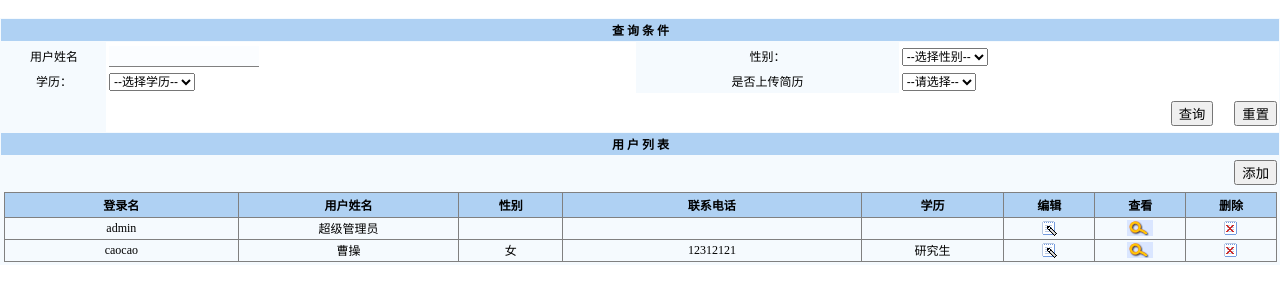
Repository: hermione-20/MyGitProjectRemote
Page: http://localhost/day28_01struts2final/user/list.jsp?userID=15
An editor plug-in stored every save of this project. The page is shown before and after the next save, followed by the edit.
The browser window is 1280 px wide. The pictures show the whole page.
The page is served by Tomcat 9. Other server files are loaded and not shown.

Above is the page before, as saved 2020-05-14 00:46:03.

### day28_01struts2final/WebContent/user/list.jsp
<%@ page language="java" pageEncoding="UTF-8"%>
<%@ taglib uri="/struts-tags" prefix="s" %>
<HTML>
	<HEAD>
		<meta http-equiv="Content-Language" content="zh-cn">
		<meta http-equiv="Content-Type" content="text/html; charset=UTF-8">
		<link href="${pageContext.request.contextPath}/css/Style.css" rel="stylesheet" type="text/css" />
		<script language="javascript" src="${pageContext.request.contextPath}/js/public.js"></script>
		<script type="text/javascript">
			function addUser(){
				window.location.href = "${pageContext.request.contextPath}/user/add.jsp";
			}
		</script>
	</HEAD>
	<body>
		<br>
		<form id="Form1" name="Form1" action="${pageContext.request.contextPath}/user/list.jsp" method="post">
			<table cellSpacing="1" cellPadding="0" width="100%" align="center" bgColor="#f5fafe" border="0">
				<TBODY>
					<tr>
						<td class="ta_01" align="center" bgColor="#afd1f3">
							<strong>查 询 条 件</strong>
						</td>
					</tr>
					<tr>
						<td>
							<table cellpadding="0" cellspacing="0" border="0" width="100%">
								<tr>
									<td height="22" align="center" bgColor="#f5fafe" class="ta_01">
										用户姓名
									</td>
									<td class="ta_01" bgColor="#ffffff">
										<input type="text" name="userName" size="15" value="" id="Form1_userName" class="bg"/>
									</td>
									<td height="22" align="center" bgColor="#f5fafe" class="ta_01">
										性别：
									</td>
									<td class="ta_01" bgColor="#ffffff">

										<select name="sex" id="sex">
										    <option value="">--选择性别--</option>
										    <option value="男">男</option>
										    <option value="女">女</option>


										</select>

									</td>
								</tr>
								<tr>
									<td height="22" align="center" bgColor="#f5fafe" class="ta_01">
										学历：
									</td>
									<td class="ta_01" bgColor="#ffffff">

										<select name="education" id="education">
										    <option value="">--选择学历--</option>
										    <option value="博士">博士</option>
										    <option value="硕士">硕士</option>
										    <option value="研究生">研究生</option>
										    <option value="本科">本科</option>
										    <option value="专科">专科</option>
										    <option value="高中">高中</option>


										</select>

									</td>
									<td height="22" align="center" bgColor="#f5fafe" class="ta_01">
										是否上传简历
									</td>
									<td class="ta_01" bgColor="#ffffff">

										<select name="isUpload" id="isUpload">
										    <option value="">--请选择--</option>
										    <option value="1">有</option>
										    <option value="2">无</option>


										</select>

									</td>
								</tr>
								<tr>
									<td width="100" height="22" align="center" bgColor="#f5fafe"
										class="ta_01">
									</td>
									<td class="ta_01" bgColor="#ffffff">
										<font face="宋体" color="red"> &nbsp;</font>
									</td>
									<td align="right" bgColor="#ffffff" class="ta_01"><br><br></td>
									<td align="right" bgColor="#ffffff" class="ta_01">
										<button type="submit" id="search" name="search" value="&#26597;&#35810;" class="button_view">
&#26597;&#35810;
</button>

										&nbsp;&nbsp;&nbsp;&nbsp;&nbsp;
										<input type="reset" name="reset" value="&#37325;&#32622;" class="button_view"/>

									</td>
								</tr>
							</table>
						</td>

					</tr>
					<tr>
						<td class="ta_01" align="center" bgColor="#afd1f3">
							<strong>用 户 列 表</strong>
						</TD>
					</tr>
					<tr>
						<td class="ta_01" align="right">
							<button type="button" id="add" name="add" value="&#28155;&#21152;" class="button_add" onclick="addUser()">
&#28155;&#21152;
</button>

						</td>
					</tr>
					<tr>
						<td class="ta_01" align="center" bgColor="#f5fafe">
							<table cellspacing="0" cellpadding="1" rules="all"
								bordercolor="gray" border="1" id="DataGrid1"
								style="BORDER-RIGHT: gray 1px solid; BORDER-TOP: gray 1px solid; BORDER-LEFT: gray 1px solid; WIDTH: 100%; WORD-BREAK: break-all; BORDER-BOTTOM: gray 1px solid; BORDER-COLLAPSE: collapse; BACKGROUND-COLOR: #f5fafe; WORD-WRAP: break-word">
								<tr
									style="FONT-WEIGHT: bold; FONT-SIZE: 12pt; HEIGHT: 25px; BACKGROUND-COLOR: #afd1f3">

									<td align="center" width="18%">
										登录名
									</td>
									<td align="center" width="17%">
										用户姓名
									</td>
									<td align="center" width="8%">
										性别
									</td>
									<td align="center" width="23%">
										联系电话
									</td>
									<td width="11%" align="center">
										学历
									</td>
									<td width="7%" align="center">
										编辑
									</td>
									<td width="7%" align="center">
										查看
									</td>
									<td width="7%" align="center">
										删除
									</td>
								</tr>

										<tr onmouseover="this.style.backgroundColor = 'white'"
											onmouseout="this.style.backgroundColor = '#F5FAFE';">
											<td style="CURSOR: hand; HEIGHT: 22px" align="center"
												width="18%">
												admin
											</td>
											<td style="CURSOR: hand; HEIGHT: 22px" align="center"
												width="17%">
												&#36229;&#32423;&#31649;&#29702;&#21592;
											</td>
											<td style="CURSOR: hand; HEIGHT: 22px" align="center"
												width="8%">

											</td>
											<td style="CURSOR: hand; HEIGHT: 22px" align="center"
												width="23%">

											</td>
											<td style="CURSOR: hand; HEIGHT: 22px" align="center">

											</td>
											<td align="center" style="HEIGHT: 22px">
												<a href="${pageContext.request.contextPath}/user/edit.jsp?userID=15">
													<img src="${pageContext.request.contextPath}/images/i_edit.gif" border="0" style="CURSOR: hand">
												</a>
											</td>
											<td align="center" style="HEIGHT: 22px">
												<a href="${pageContext.request.contextPath}/user/view.jsp?userID=15">
													<img src="${pageContext.request.contextPath}/images/button_view.gif" border="0" style="CURSOR: hand">
												</a>
											</td>
											<td align="center" style="HEIGHT: 22px">
												<a href="${pageContext.request.contextPath}/user/list.jsp?userID=15">
													<img src="${pageContext.request.contextPath}/images/i_del.gif" width="16" height="16" border="0" style="CURSOR: hand">
												</a>
											</td>
										</tr>
										<tr onmouseover="this.style.backgroundColor = 'white'"
											onmouseout="this.style.backgroundColor = '#F5FAFE';">
											<td style="CURSOR: hand; HEIGHT: 22px" align="center"
												width="18%">
												caocao
											</td>
											<td style="CURSOR: hand; HEIGHT: 22px" align="center"
												width="17%">
												&#26361;&#25805;
											</td>
											<td style="CURSOR: hand; HEIGHT: 22px" align="center"
												width="8%">
												&#22899;
											</td>
											<td style="CURSOR: hand; HEIGHT: 22px" align="center"
												width="23%">
												12312121
											</td>
											<td style="CURSOR: hand; HEIGHT: 22px" align="center">
												&#30740;&#31350;&#29983;
											</td>
											<td align="center" style="HEIGHT: 22px">
												<a href="${pageContext.request.contextPath}/user/edit.jsp?userID=15">
													<img src="${pageContext.request.contextPath}/images/i_edit.gif" border="0" style="CURSOR: hand">
												</a>
											</td>
											<td align="center" style="HEIGHT: 22px">
												<a href="${pageContext.request.contextPath}/user/view.jsp?userID=15">
													<img src="${pageContext.request.contextPath}/images/button_view.gif" border="0" style="CURSOR: hand">
												</a>
											</td>
											<td align="center" style="HEIGHT: 22px">
												<a href="${pageContext.request.contextPath}/user/list.jsp?userID=15">
													<img src="${pageContext.request.contextPath}/images/i_del.gif" width="16" height="16" border="0" style="CURSOR: hand">
												</a>
											</td>
										</tr>
							</table>
						</td>
					</tr>
				</TBODY>
			</table>
		</form>
	</body>
</HTML>

### day28_01struts2final/WebContent/css/Style.css
body {
	background-color: #FFFFFF;
	margin-left: 0px;
	margin-top: 0px;
	margin-right: 0px;
	margin-bottom: 0px;
}
td,select  {
	font-size: 12px;
}
A.cl:link {
    font-size:12px;
	color: #000000;
    text-decoration:none;
}
A.cl:visited {
    font-size:12px;
	color: #000000;
    text-decoration:none;
}
A.cl:hover {
    font-size:12px;
	color: #cc0000;
	text-decoration:underline;
}
A.cl_01:link {
    font-size:12px;
	color: #000066;
    text-decoration:none;
}
A.cl_01:visited {
    font-size:12px;
	color: #000066;
    text-decoration:none;
}
A.cl_01:hover {
    font-size:12px;
	color: #0066CC;
	text-decoration:underline;
}
.bt_01 {
	line-height: 155%;
	color: #FFFFFF;
	padding-left: 15px;
	padding-bottom: 10px;
}

.box04 {
	font-size: 12px;
	padding-top: 7px;
	padding-left: 16px;
	background-color: #88A5DF;
	border-top-width: 1px;
	border-right-width: 1px;
	border-bottom-width: 1px;
	border-left-width: 1px;
	border-top-style: solid;
	border-right-style: solid;
	border-bottom-style: solid;
	border-left-style: solid;
	border-top-color: #7798DC;
	border-right-color: #2C416B;
	border-bottom-color: #2C416B;
	border-left-color: #7798DC;
	padding-bottom: 4px;
}
.box01 {
	font-size: 12px;
	color: #000000;
	border-top-width: 1px;
	border-right-width: 1px;
	border-bottom-width: 1px;
	border-left-width: 1px;
	border-right-style: solid;
	border-bottom-style: solid;
	border-left-style: solid;
	border-top-color: #EDF8FF;
	border-right-color: #8099B2;
	border-bottom-color: #8099B2;
	border-left-color: #EDF8FF;
	background-color: #B2CFED;
	padding-top: 7px;
	padding-left: 16px;
	border-top-style: solid;
	padding-bottom: 4px;
}
.box05 {
	font-size: 12px;
	padding-top: 5px;
	padding-left: 30px;
	border-bottom-width: 1px;
	border-bottom-style: solid;
	border-bottom-color: #B2CFED;
	border-right-width: 1px;
	border-right-style: solid;
	border-right-color: #F4F9FF;
	padding-bottom: 3px;
	background-color: #EDF8FF;
}
.box06 {
	font-size: 12px;
	background-color: #EDF6FF;
	padding-top: 5px;
	padding-left: 30px;
	border-bottom-width: 1px;
	border-bottom-style: solid;
	border-bottom-color: #ADAEAD;
	padding-bottom: 3px;

}
.bottom {
	color: #000066;
}
A.cl_02:link {
    font-size:12px;
	color: #CC0000;
    text-decoration:underline;
}
A.cl_02:visited {
    font-size:12px;
	color: #CC0000;
    text-decoration:underline;
}
A.cl_02:hover {
    font-size:12px;
	color: #CC0000;
	text-decoration:none;
}
.top {
	padding-top: 4px;
	padding-bottom: 2px;
	font-weight: bold;
	background-color: #AFD1F3;
	border-top-width: 1px;
	border-right-width: 1px;
	border-bottom-width: 1px;
	border-left-width: 1px;
	border-top-style: solid;
	border-right-style: solid;
	border-bottom-style: solid;
	border-left-style: solid;
	border-top-color: #E3EFFB;
	border-right-color: #7990A8;
	border-bottom-color: #7990A8;
	border-left-color: #E3EFFB;
}
.ta_01 {
	padding-top: 4px;
	padding-bottom: 2px;
	padding-right: 2px;
	padding-left: 3px;
	line-height: 135%;
}

A:link {
    font-size:12px;
	color: #000000;
    text-decoration:none;
}
A:visited {
    font-size:12px;
	color: #000000;
    text-decoration:none;
}
A.eq:hover {
    font-size:12px;
	color: #0066FF;
	text-decoration:underline;
}
A.eq:link {
    font-size:12px;
	color: #000000;
    text-decoration:underline;
}
A.eq:visited {
    font-size:12px;
	color: #000000;
    text-decoration:underline;
}
A.eq:hover {
    font-size:12px;
	color: #0066FF;
	text-decoration:underline;
}
.bg {
	border-top:0px ;
	border-left:0px ;
	border-right:0px ;
	border-bottom: solid 1px gray;
	background-color: #FBFDFF;
	height:21px ;
	width:150px;
}
.button {
	background-color: #DAE6FF;
	margin: 1px;
	padding: 0px 2px 0px 2px;
	border: 1px solid #8AA2CC;
	color: #333333;
	cursor: hand;
	/*
	left: 10px;
	top: 10px;
	right: 0px;
	bottom: 10px;
	clip:  rect(10px 10px 10px 10px);
	*/
	height: 18px;
}
.button_ok {
	background-color: #DAE6FF;
	margin: 1px;
	padding: 2px 4px 2px 10px;
	border: 1px solid #8AA2CC;
	background-attachment: fixed;
	background-image: url(../images/button_ok.gif);
	background-repeat: no-repeat;
	background-position: left center;
	color: #2F3F5B;
	cursor: hand;
	text-align: right;
	left: 10px;
	top: 10px;
	right: 0px;
	bottom: 10px;
	clip:  rect(10px 10px 10px 10px);
	height: 20px;
}
.button_cancel {
	background-color: #DAE6FF;
	margin: 1px;
	padding: 2px 4px 2px 10px;
	border: 1px solid #8AA2CC;
	background-attachment: fixed;
	background-image: url(../images/button_cancel.gif);
	background-repeat: no-repeat;
	background-position: left center;
	color: #2F3F5B;
	cursor: hand;
	text-align: right;
	left: 10px;
	top: 10px;
	right: 0px;
	bottom: 10px;
	clip:  rect(10px 10px 10px 10px);
	height: 20px;
}
.button_help {
	background-color: #DAE6FF;
	margin: 1px;
	padding: 2px 4px 2px 10px;
	border: 1px solid #8AA2CC;
	background-attachment: fixed;
	background-image: url(../images/button_help.gif);
	background-repeat: no-repeat;
	background-position: left center;
	color: #2F3F5B;
	cursor: hand;
	text-align: right;
	left: 10px;
	top: 10px;
	right: 0px;
	bottom: 10px;
	clip:  rect(10px 10px 10px 10px);
	height: 20px;
}
.button_exit {
	background-color: #DAE6FF;
	margin: 1px;
	padding: 2px 4px 2px 10px;
	border: 1px solid #8AA2CC;
	background-attachment: fixed;
	background-image: url(../images/button_search.gif);
	background-repeat: no-repeat;
	background-position: left center;
	color: #2F3F5B;
	cursor: hand;
	text-align: right;
	left: 10px;
	top: 10px;
	right: 0px;
	bottom: 10px;
	clip:  rect(10px 10px 10px 10px);
	height: 20px;
	.button_search {
	background-color: #DAE6FF;
	margin: 1px;
	padding: 2px 4px 2px 10px;
	border: 1px solid #8AA2CC;
	background-attachment: fixed;
	background-image: url(../images/button_exit.gif);
	background-repeat: no-repeat;
	background-position: left center;
	color: #2F3F5B;
	cursor: hand;
	text-align: right;
	left: 10px;
	top: 10px;
	right: 0px;
	bottom: 10px;
	clip:  rect(10px 10px 10px 10px);
	height: 20px;
}
.button_view {
	background-color: #DAE6FF;
	margin: 1px;
	padding: 2px 4px 2px 10px;
	border: 1px solid #8AA2CC;
	background-attachment: fixed;
	background-image: url(../images/button_view.gif);
	background-repeat: no-repeat;
	background-position: left center;
	color: #2F3F5B;
	cursor: hand;
	text-align: right;
	left: 10px;
	top: 10px;
	right: 0px;
	bottom: 10px;
	clip:  rect(10px 10px 10px 10px);
	height: 20px;
}
.button_add {
	background-color: #DAE6FF;
	margin: 1px;
	padding: 2px 4px 2px 10px;
	border: 1px solid #8AA2CC;
	background-attachment: fixed;
	background-image: url(../images/button_add.gif);
	background-repeat: no-repeat;
	background-position: left center;
	color: #2F3F5B;
	cursor: hand;
	text-align: right;
	left: 10px;
	top: 10px;
	right: 0px;
	bottom: 10px;
	clip:  rect(10px 10px 10px 10px);
	height: 20px;
}
.button_del {
	background-color: #DAE6FF;
	margin: 1px;
	padding: 2px 4px 2px 10px;
	border: 1px solid #8AA2CC;
	background-attachment: fixed;
	background-image: url(../images/button_del.gif);
	background-repeat: no-repeat;
	background-position: left center;
	color: #2F3F5B;
	cursor: hand;
	text-align: right;
	left: 10px;
	top: 10px;
	right: 0px;
	bottom: 10px;
	clip:  rect(10px 10px 10px 10px);
	height: 20px;
}
.button_print {
	background-color: #DAE6FF;
	margin: 1px;
	padding: 2px 4px 2px 10px;
	border: 1px solid #8AA2CC;
	background-attachment: fixed;
	background-image: url(../images/button_print.gif);
	background-repeat: no-repeat;
	background-position: left center;
	color: #2F3F5B;
	cursor: hand;
	text-align: right;
	left: 10px;
	top: 10px;
	right: 0px;
	bottom: 10px;
	clip:  rect(10px 10px 10px 10px);
	height: 20px;
}
.button_modi {
	background-color: #DAE6FF;
	margin: 1px;
	padding: 2px 4px 2px 10px;
	border: 1px solid #8AA2CC;
	background-attachment: fixed;
	background-image: url(../images/button_modi.gif);
	background-repeat: no-repeat;
	background-position: left center;
	color: #2F3F5B;
	cursor: hand;
	text-align: right;
	left: 10px;
	top: 10px;
	right: 0px;
	bottom: 10px;
	clip:  rect(10px 10px 10px 10px);
	height: 20px;
}
.button_save {
	background-color: #DAE6FF;
	margin: 1px;
	padding: 2px 4px 2px 10px;
	border: 1px solid #8AA2CC;
	background-attachment: fixed;
	background-image: url(../images/button_save.gif);
	background-repeat: no-repeat;
	background-position: left center;
	color: #2F3F5B;
	cursor: hand;
	text-align: right;
	left: 10px;
	top: 10px;
	right: 0px;
	bottom: 10px;
	clip:  rect(10px 10px 10px 10px);
	height: 20px;
}
.button_alert {
	background-color: #DAE6FF;
	margin: 1px;
	padding: 2px 4px 2px 10px;
	border: 1px solid #8AA2CC;
	background-attachment: fixed;
	background-image: url(../images/button_alert.gif);
	background-repeat: no-repeat;
	background-position: left center;
	color: #2F3F5B;
	cursor: hand;
	text-align: right;
	left: 10px;
	top: 10px;
	right: 0px;
	bottom: 10px;
	clip:  rect(10px 10px 10px 10px);
	height: 20px;
}
.button_clock {
	background-color: #DAE6FF;
	margin: 1px;
	padding: 2px 4px 2px 10px;
	border: 1px solid #8AA2CC;
	background-attachment: fixed;
	background-image: url(../images/button_clock.gif);
	background-repeat: no-repeat;
	background-position: left center;
	color: #2F3F5B;
	cursor: hand;
	text-align: right;
	left: 10px;
	top: 10px;
	right: 0px;
	bottom: 10px;
	clip:  rect(10px 10px 10px 10px);
	height: 20px;
}
.button_close {
	background-color: #DAE6FF;
	margin: 1px;
	padding: 2px 4px 2px 10px;
	border: 1px solid #8AA2CC;
	background-attachment: fixed;
	background-image: url(../images/button_close.gif);
	background-repeat: no-repeat;
	background-position: left center;
	color: #2F3F5B;
	cursor: hand;
	text-align: right;
	left: 10px;
	top: 10px;
	right: 0px;
	bottom: 10px;
	clip:  rect(10px 10px 10px 10px);
	height: 20px;
}
.button_phone01 {
	background-color: #DAE6FF;
	margin: 1px;
	padding: 2px 4px 2px 10px;
	border: 1px solid #8AA2CC;
	background-attachment: fixed;
	background-image: url(../images/button_phone01.gif);
	background-repeat: no-repeat;
	background-position: left center;
	color: #2F3F5B;
	cursor: hand;
	text-align: right;
	left: 10px;
	top: 10px;
	right: 0px;
	bottom: 10px;
	clip:  rect(10px 10px 10px 10px);
	height: 20px;
}
.button_dire {
	background-color: #DAE6FF;
	margin: 1px;
	padding: 2px 4px 2px 10px;
	border: 1px solid #8AA2CC;
	background-attachment: fixed;
	background-image: url(../images/hotel_dire_arrowc.jpg);
	background-repeat: no-repeat;
	background-position: left center;
	color: #2F3F5B;
	cursor: hand;
	text-align: right;
	left: 10px;
	top: 10px;
	right: 0px;
	bottom: 10px;
	clip:  rect(10px 10px 10px 10px);
	height: 20px;
}
.NextLine
{
	word-break:break-all;word-wrap:break-word;
}
.test
{
	BACKGROUND-IMAGE: url(../images/aaa.gif); HEIGHT: 25px;

}
.optionOff
{
	color:#909090;
	background-image:url(../images/optionbgOff.gif);
	background-position:right;
	background-repeat:no-repeat;
	border-left:1px solid #a0a0a0;
	text-align:center;
	width:110px;
	cursor:hand;
}
.optionOn {
	color:#1E6BAE;
	background-image:url(../images/optionbgOn.gif);
	background-position:right;
	background-repeat:no-repeat;
	border-left:1px solid #808080;
	text-align:center;
	font-weight:bold;
	width:110px;
	cursor:hand;
}
.optionOff A,.optionOff A:link,.optionOff A:visited,.optionOff A:hover,.optionOff A:active {
	color:#909090;
	text-decoration:none;
}
.optionOn A,.optionOn A:link,.optionOn A:visited,.optionOn A:hover,.optionOn A:active {
	color:#1E6BAE;
	text-decoration:none;
}
.tbodyhidden {
	display:none;
}
.xscroll {
	overflow-x:auto;
	height:auto;
	SCROLLBAR-FACE-COLOR: #E0F0FC;
	SCROLLBAR-SHADOW-COLOR: #EAF5FD;
	SCROLLBAR-3DLIGHT-COLOR: #808080;
	SCROLLBAR-ARROW-COLOR: #808080;
	SCROLLBAR-DARKSHADOW-COLOR:#808080;
	buttonface: #666666;
}
.xscrollhidden {
	overflow-x:auto;
	display:none;
	SCROLLBAR-FACE-COLOR: #E0F0FC;
	SCROLLBAR-SHADOW-COLOR: #EAF5FD;
	SCROLLBAR-3DLIGHT-COLOR: #808080;
	SCROLLBAR-ARROW-COLOR: #808080;
	SCROLLBAR-DARKSHADOW-COLOR:#808080;
	buttonface: #666666;
}
.sep1 {
	padding:0px;
	background-color:#AFD1F3;
}
.grouptitle {
	background-color:#E0F0FC;
	color: #5580D7;
}
.bodyscroll {
	SCROLLBAR-FACE-COLOR: #f6f6f6;
	SCROLLBAR-SHADOW-COLOR: #8099B2;
	SCROLLBAR-3DLIGHT-COLOR: #8099B2;
	SCROLLBAR-ARROW-COLOR: #8099B2;
	SCROLLBAR-DARKSHADOW-COLOR:#cccccc;
	buttonface: #f6f6f6;
}

Loaded but not shown: day28_01struts2final/WebContent/js/public.js (common file)

After the next save:
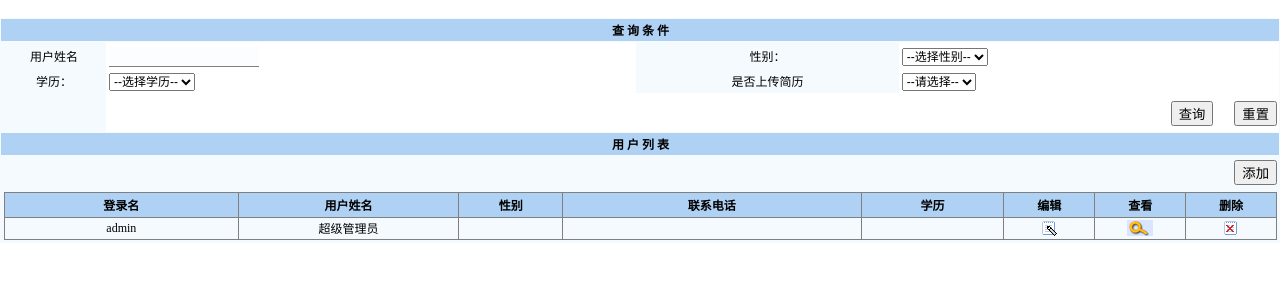
Saved 5 min 14 s later.
--- a/day28_01struts2final/WebContent/user/list.jsp
+++ b/day28_01struts2final/WebContent/user/list.jsp
@@ -124,30 +124,14 @@
 								<tr
 									style="FONT-WEIGHT: bold; FONT-SIZE: 12pt; HEIGHT: 25px; BACKGROUND-COLOR: #afd1f3">
 
-									<td align="center" width="18%">
-										登录名
-									</td>
-									<td align="center" width="17%">
-										用户姓名
-									</td>
-									<td align="center" width="8%">
-										性别
-									</td>
-									<td align="center" width="23%">
-										联系电话
-									</td>
-									<td width="11%" align="center">
-										学历
-									</td>
-									<td width="7%" align="center">
-										编辑
-									</td>
-									<td width="7%" align="center">
-										查看
-									</td>
-									<td width="7%" align="center">
-										删除
-									</td>
+									<td align="center" width="18%">登录名</td>
+									<td align="center" width="17%">用户姓名</td>
+									<td align="center" width="8%">性别</td>
+									<td align="center" width="23%">联系电话</td>
+									<td width="11%" align="center">学历</td>
+									<td width="7%" align="center">编辑</td>
+									<td width="7%" align="center">查看</td>
+									<td width="7%" align="center">删除</td>
 								</tr>
 
 										<tr onmouseover="this.style.backgroundColor = 'white'"
@@ -187,43 +171,7 @@
 												</a>
 											</td>
 										</tr>
-										<tr onmouseover="this.style.backgroundColor = 'white'"
-											onmouseout="this.style.backgroundColor = '#F5FAFE';">
-											<td style="CURSOR: hand; HEIGHT: 22px" align="center"
-												width="18%">
-												caocao
-											</td>
-											<td style="CURSOR: hand; HEIGHT: 22px" align="center"
-												width="17%">
-												&#26361;&#25805;
-											</td>
-											<td style="CURSOR: hand; HEIGHT: 22px" align="center"
-												width="8%">
-												&#22899;
-											</td>
-											<td style="CURSOR: hand; HEIGHT: 22px" align="center"
-												width="23%">
-												12312121
-											</td>
-											<td style="CURSOR: hand; HEIGHT: 22px" align="center">
-												&#30740;&#31350;&#29983;
-											</td>
-											<td align="center" style="HEIGHT: 22px">
-												<a href="${pageContext.request.contextPath}/user/edit.jsp?userID=15">
-													<img src="${pageContext.request.contextPath}/images/i_edit.gif" border="0" style="CURSOR: hand">
-												</a>
-											</td>
-											<td align="center" style="HEIGHT: 22px">
-												<a href="${pageContext.request.contextPath}/user/view.jsp?userID=15">
-													<img src="${pageContext.request.contextPath}/images/button_view.gif" border="0" style="CURSOR: hand">
-												</a>
-											</td>
-											<td align="center" style="HEIGHT: 22px">
-												<a href="${pageContext.request.contextPath}/user/list.jsp?userID=15">
-													<img src="${pageContext.request.contextPath}/images/i_del.gif" width="16" height="16" border="0" style="CURSOR: hand">
-												</a>
-											</td>
-										</tr>
+
 							</table>
 						</td>
 					</tr>
